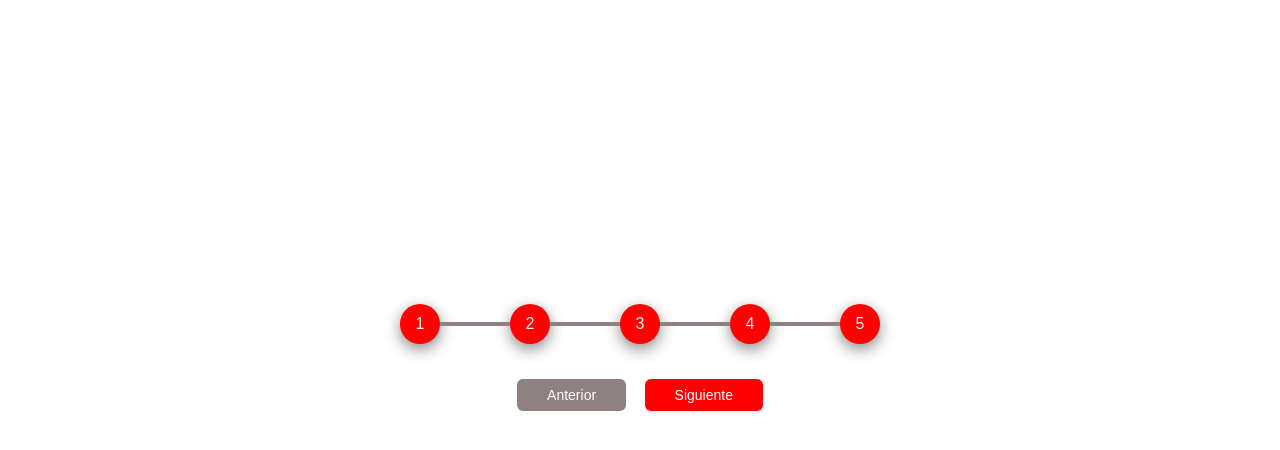
Repository: ElideZavala/Linea-de-tiempo
Page: index.html
The author's editor kept a copy of each file at every save. The page is drawn from the files as they stood at one save, then again after the next save.
The browser window is 1280 px wide. The pictures show the whole page.
Some web fonts or font styles are not loaded; a fallback is used.

Above is the page before, as saved 2021-05-28 10:01:01.

After the next save:
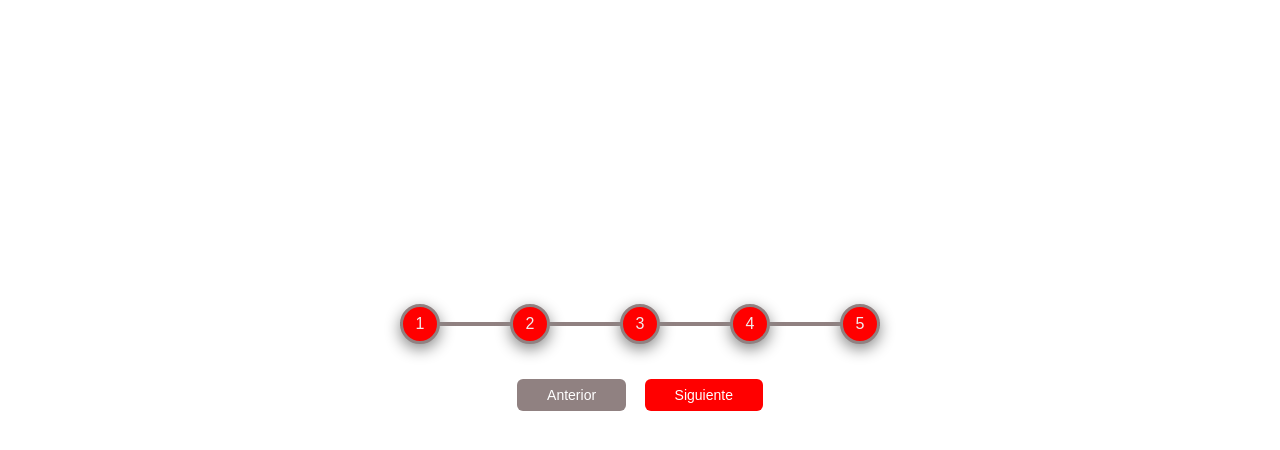
Saved 2 min 31 s later.
--- a/style.css
+++ b/style.css
@@ -69,7 +69,7 @@
 	display: flex;
 	align-items: center;
 	justify-content: center;
-	/* border: 3px solid var( --line-border-empty ); */
+	border: 3px solid var( --line-border-empty );
 	transition: .4s ease;
 	-moz-animation: rotacion 10s infinite linear;
 	box-shadow: 0px 5px 15px #888;
@@ -92,7 +92,7 @@
 }
 
 .circle.active {
-	border-color: red;
+	background-color: red;
 }
 
 .btn {
